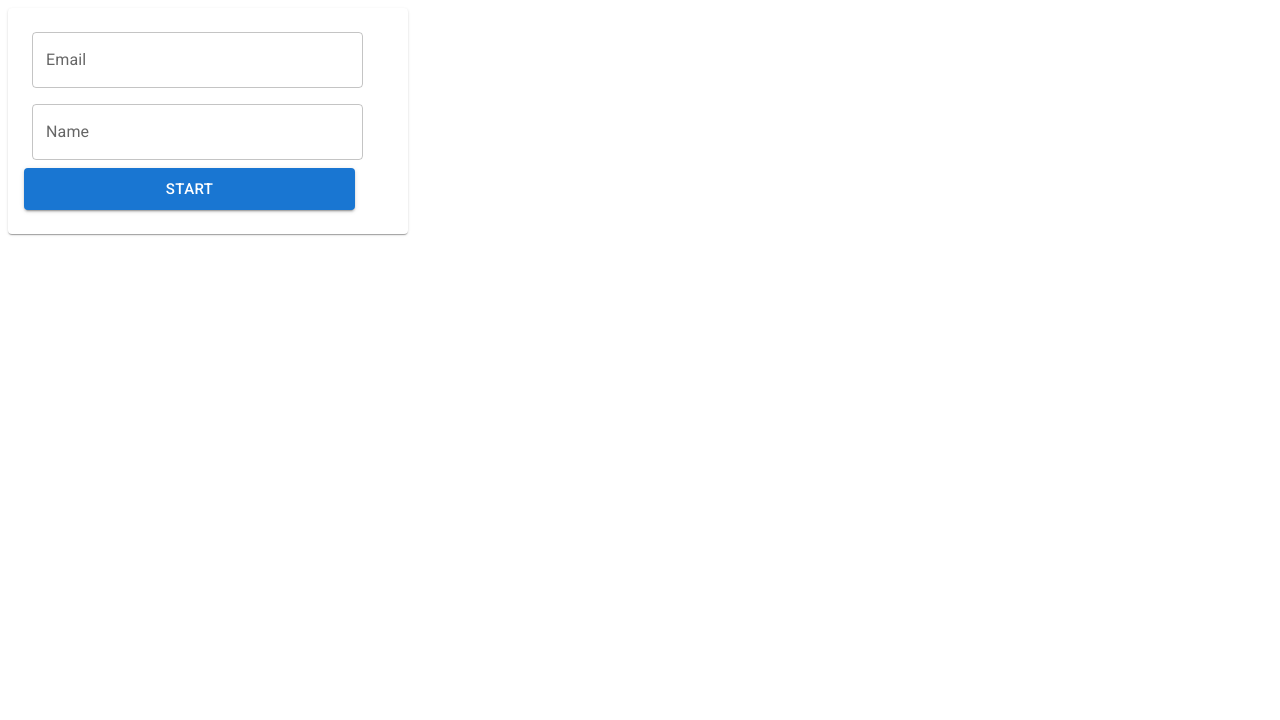
Repository: shikubro90/Quiz-App-React
Page: /
The author's editor kept a copy of each file at every save. The page is drawn from the files as they stood at one save, then again after a run of saves.
The browser window is 1280 px wide. The pictures show the whole page.
The project was rebuilt for these pictures with package versions that can differ from the ones it lists, and the page was loaded fresh each time. Also part of the build but not shown: src/index.css, src/App.css.

Above is the page before, as saved 2022-06-25 01:52:48.

After the next 3 saves:
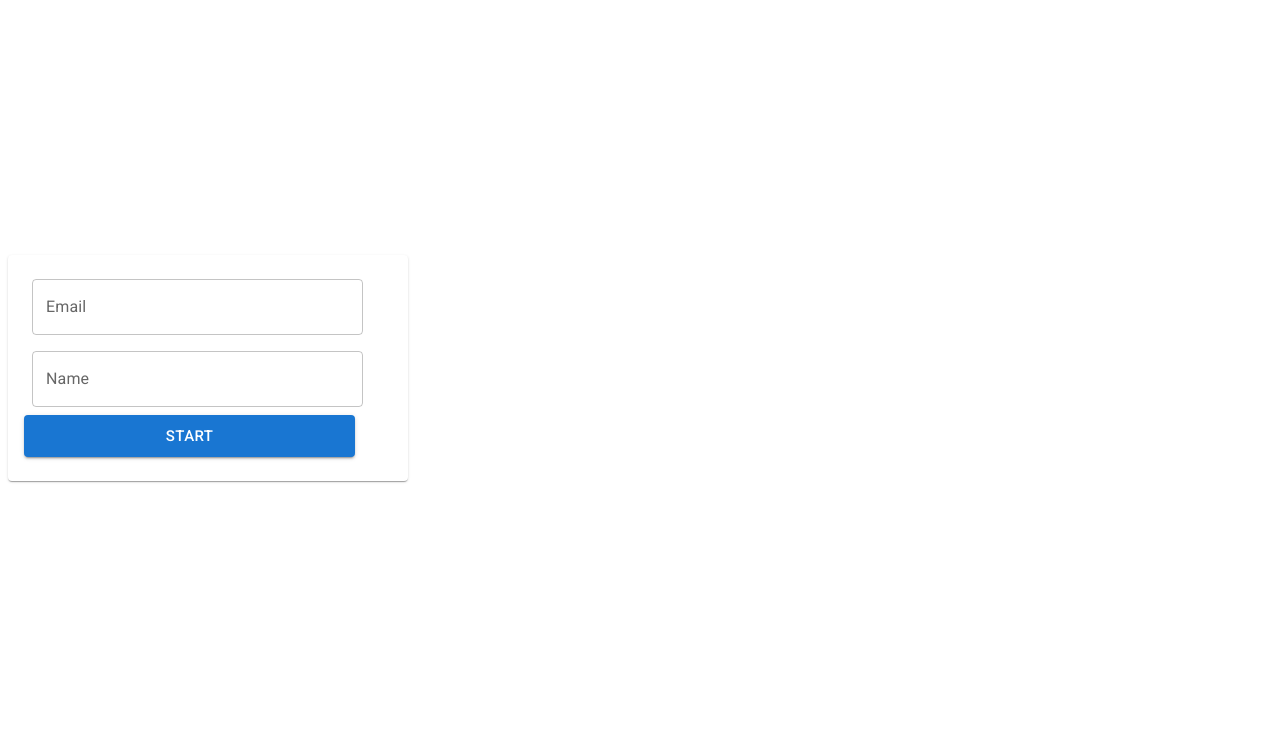
The 3 saves are shown as one change because they came seconds apart.
The last was saved 7 s later.
--- a/src/components/Center.jsx
+++ b/src/components/Center.jsx
@@ -8,8 +8,8 @@ const Center = (props) => {
     direction="column"
     alignItem ="center"
     justifyContent="center"
-    xs={{minHeight : '100vh'}}>
-        <Grid item xs={1}>
+    sx={{minHeight : '100vh'}}>
+        <Grid item sx={1}>
             {props.children}
         </Grid>
     </Grid>
